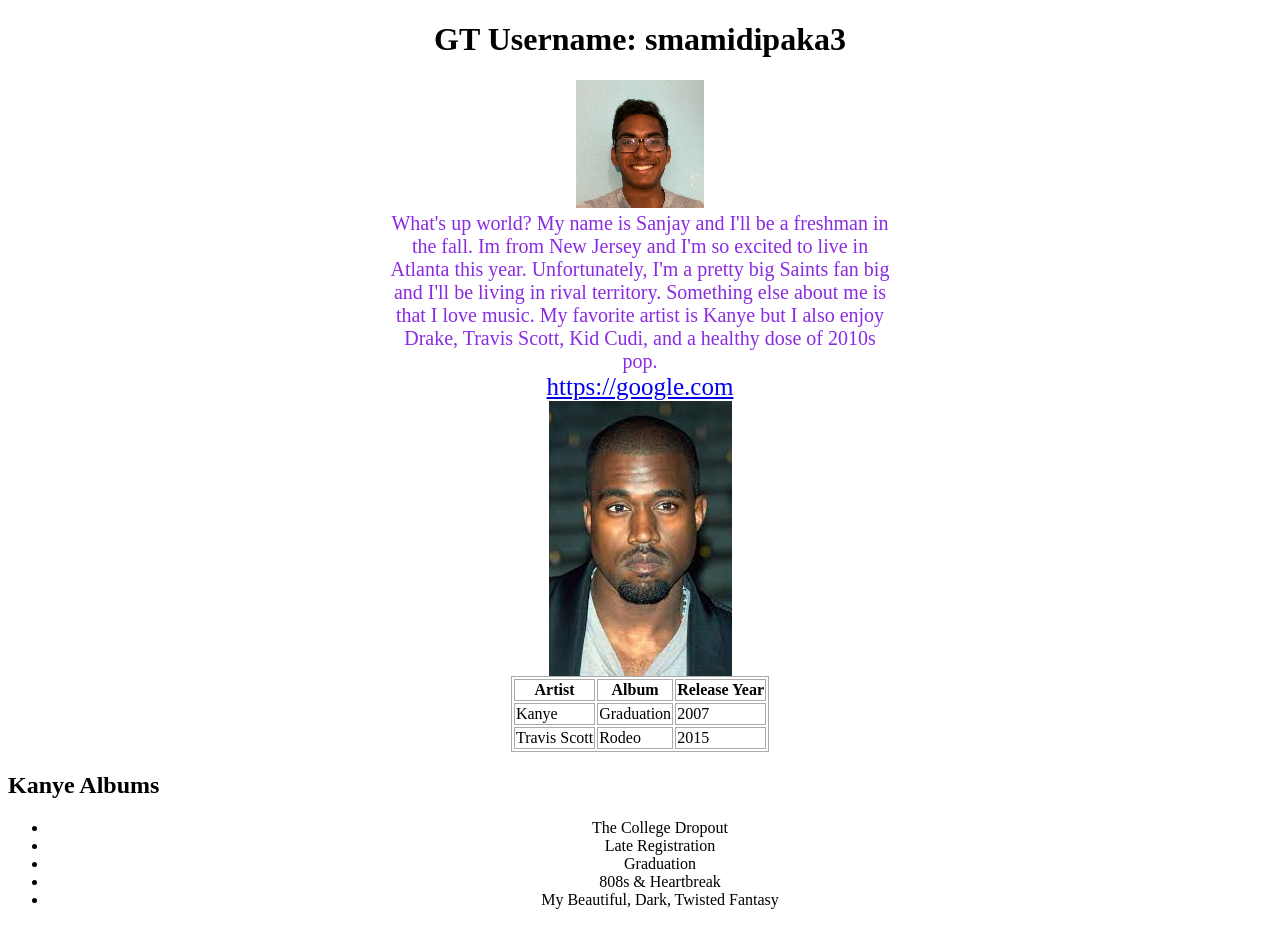
Repository: sanjayMamidipaka/cs1301
Page: lab01/index.html
These files come from the project's save history. The page is drawn as it stood at one moment and after a run of saves; the edit follows.
The browser window is 1280 px wide. The pictures show the whole page.

Above is the page before, as saved 2021-07-22 17:01:25.

After the next 2 saves:
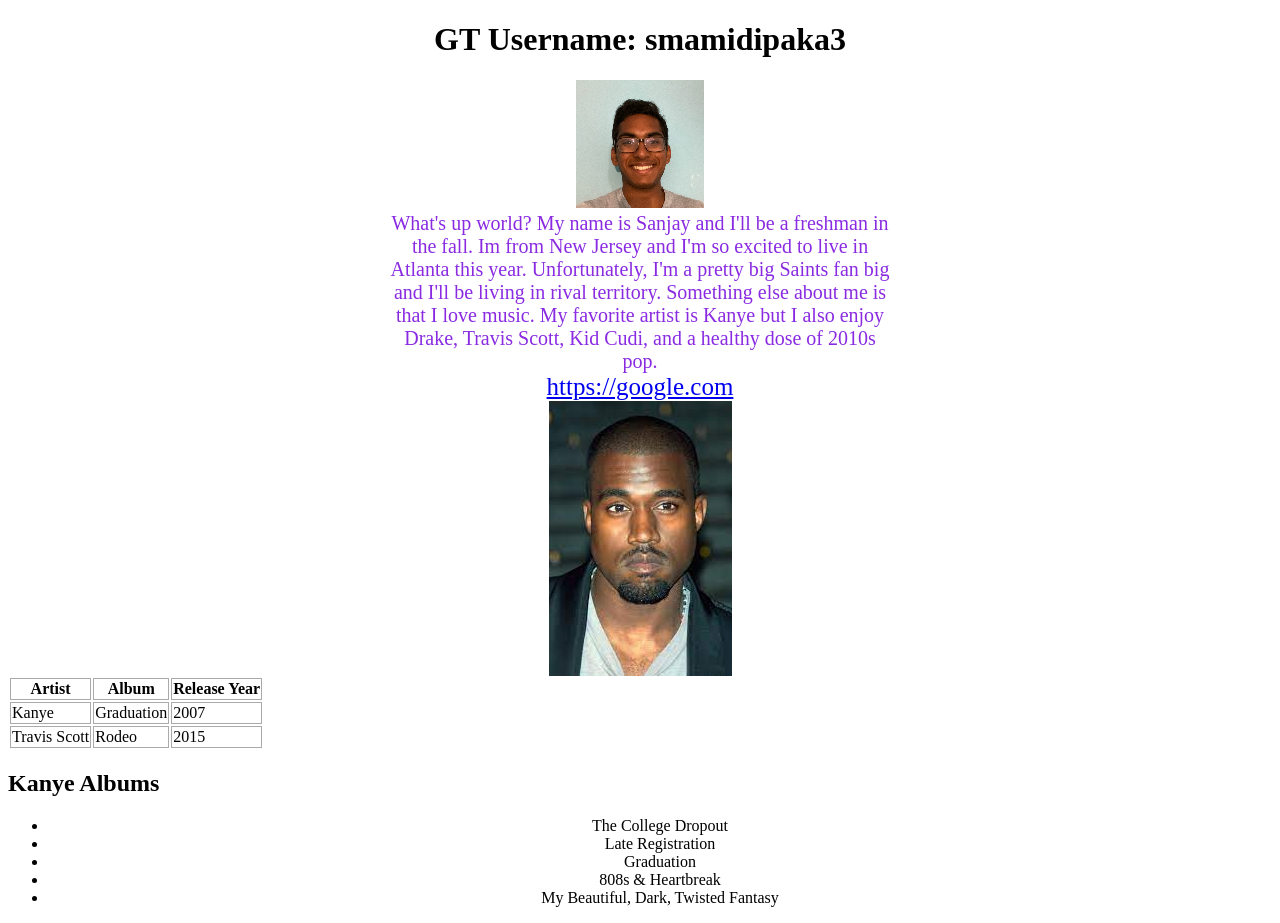
The 2 saves are shown as one change because they came seconds apart.
The last was saved 15 s later.
--- a/lab01/index.html
+++ b/lab01/index.html
@@ -22,7 +22,7 @@
     <img class='kanye' src="kanye.jpeg" alt="The GOAT's pic">
 </a>
 
-<table class='table'>
+<table class='center'>
     <tr>
         <th>Artist</th>
         <th>Album</th>
@@ -42,7 +42,7 @@
     </tr>
 </table>
 
-
+<div class='listdiv'></div>
     <h2 class='listtitle'>Kanye Albums</h2>
 
     <ul class='list'>
@@ -52,3 +52,4 @@
         <li>808s & Heartbreak</li>
         <li>My Beautiful, Dark, Twisted Fantasy</li>
       </ul>
+</div>

After the save that followed:
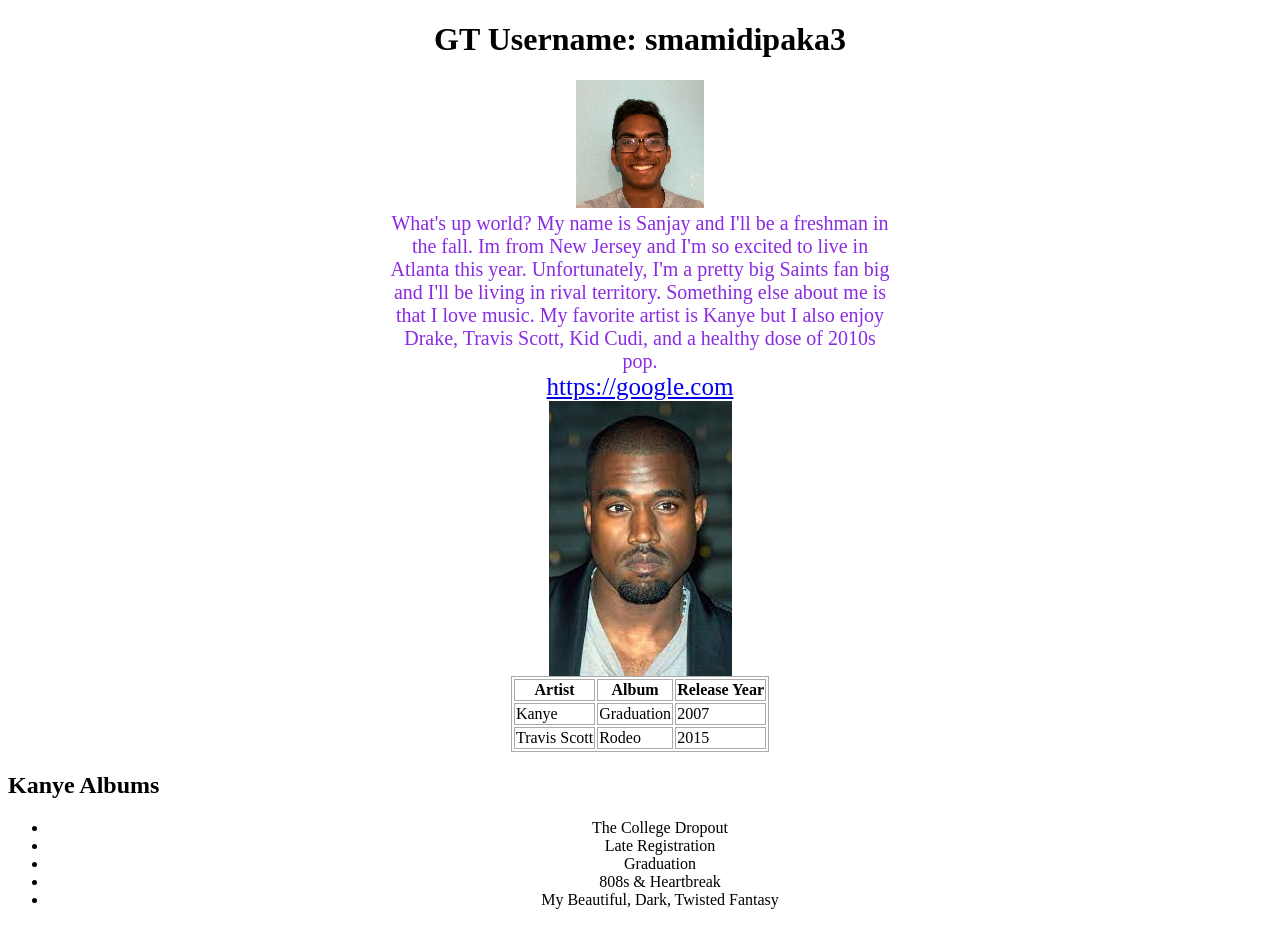
Saved 6 s later.
--- a/lab01/index.html
+++ b/lab01/index.html
@@ -22,7 +22,7 @@
     <img class='kanye' src="kanye.jpeg" alt="The GOAT's pic">
 </a>
 
-<table class='center'>
+<table class='table'>
     <tr>
         <th>Artist</th>
         <th>Album</th>
